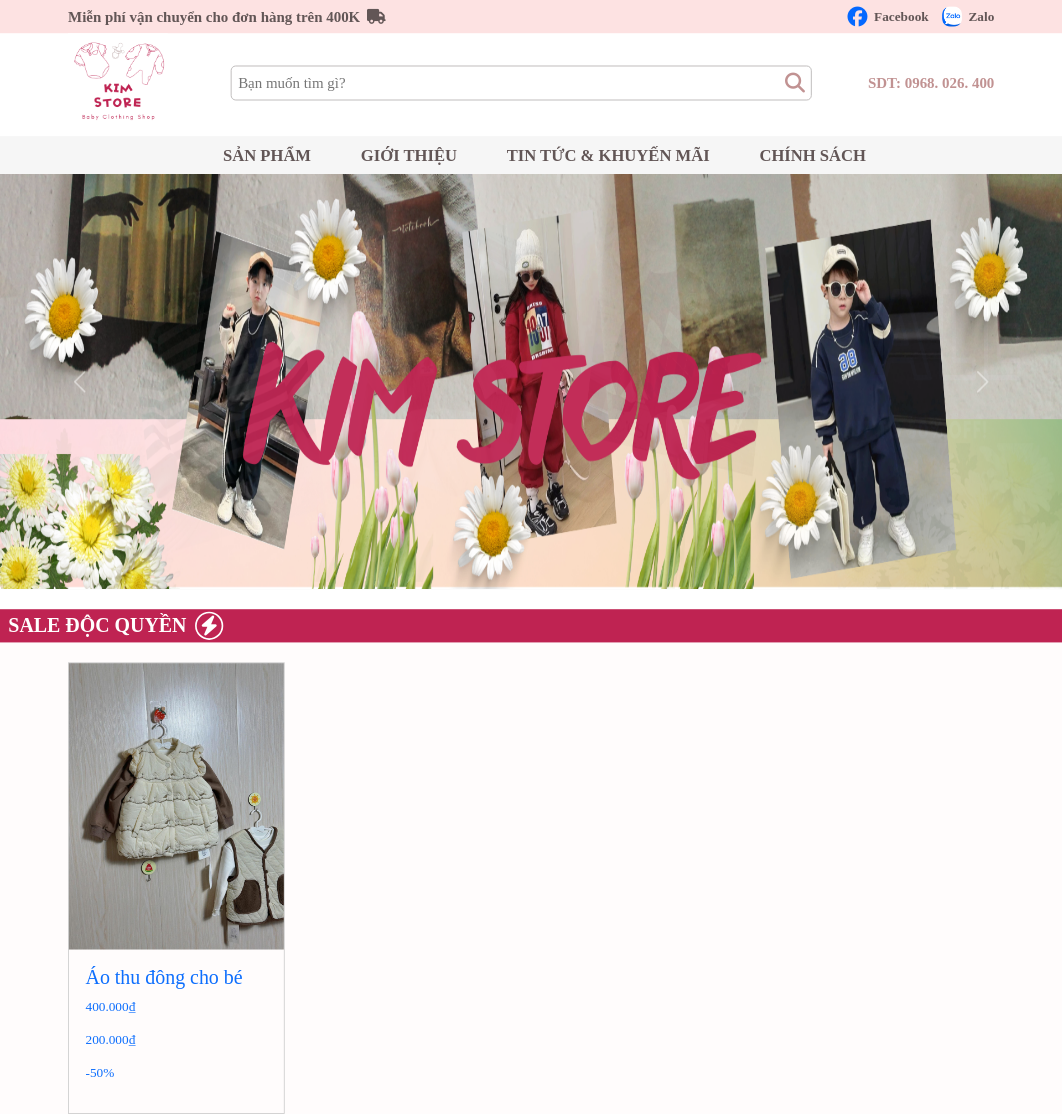
Repository: hoang28092000/kim-store
Page: index.html
These files come from the project's save history. The page is drawn as it stood at one moment and after a run of saves; the edit follows.
The browser window is 1280 px wide. The pictures show the whole page, at 83% of full size.
Some web libraries are served in a nearby version.

Above is the page before, as saved 2024-11-01 15:28:19.

### index.html
<!DOCTYPE html>
<html lang="en">
<head>
    <meta charset="UTF-8">
    <meta name="viewport" content="width=device-width, initial-scale=1.0">
    <link href="https://cdn.jsdelivr.net/npm/bootstrap@5.0.2/dist/css/bootstrap.min.css" rel="stylesheet" integrity="sha384-EVSTQN3/azprG1Anm3QDgpJLIm9Nao0Yz1ztcQTwFspd3yD65VohhpuuCOmLASjC" crossorigin="anonymous">
    <link rel="stylesheet" href="https://cdnjs.cloudflare.com/ajax/libs/font-awesome/6.6.0/css/all.min.css" integrity="sha512-Kc323vGBEqzTmouAECnVceyQqyqdsSiqLQISBL29aUW4U/M7pSPA/gEUZQqv1cwx4OnYxTxve5UMg5GT6L4JJg==" crossorigin="anonymous" referrerpolicy="no-referrer" />
    <link rel="stylesheet" href="asset/style.css">
    <title>KIM STORE</title>
</head>
<body>
    <div id="header">
        <div class="top_header ">
                <div class="container d-flex justify-content-between">
                    <div class="r-top_header d-flex align-items-center">
                        <p class="txt_bold mb-0 me-2">Miễn phí vận chuyển cho đơn hàng trên 400K</p>
                    <i class="fa-solid fa-truck icon-truck mb-0"></i>
                    </div>
                    <ul class="icons-header d-flex align-items-center mb-0">
                        <a href="" class="tag-a-top_header">
                            <li class="icon d-flex me-3">
                                <i class="fa-brands fa-facebook icon_fb me-2"></i>
                                <span class="txt-fb">Facebook</span>
                            </li>
                        </a>
                        <a href="" class="tag-a-top_header">
                            <li class="icon d-flex">
                                <img src="asset/image/icon_zalo.webp" alt="this is picture zalo" class="icon_zalo me-2">
                                <span class="txt-zalo">Zalo</span>
                             </li>
                        </a>
                    </ul>
                </div>
        </div>

        <div class="bottom_headder">
            <div class="container d-flex justify-content-between align-items-center">
                <a href="" class="">
                    <img src="asset/image/KIM-store.png" alt="this is logo" class="img_logo">
                </a>
                <div class="d-flex align-items-center">
                    <input type="text" class="search_header" placeholder="Bạn muốn tìm gì?">
                    <i class="fa-solid fa-magnifying-glass icon_search"></i>
                </div>
                <span class="sdt_header">SDT: 0968. 026. 400</span>
        </div>
    </div>


    <div id="navbar">
        <div class="container">
            <ul class="nav_links d-flex justify-content-center mb-0 py-2">
                <li class="item_link" ><a href="" class="nav_link">SẢN PHẨM</a></li>
                <li class="item_link" ><a href="" class="nav_link">GIỚI THIỆU</a></li>
                <li class="item_link" ><a href="" class="nav_link">TIN TỨC & KHUYẾN MÃI</a></li>
                <li class="item_link" ><a href="" class="nav_link">CHÍNH SÁCH</a></li>
            </ul>
        </div>
        <div class="banner">
            <div id="carouselExampleFade" class="carousel slide carousel-fade" data-bs-ride="carousel">
                <div class="carousel-inner">
                  <div class="carousel-item active">
                    <img src="asset/image/KIM_STORE.png" class="d-block w-100 banner" alt="this is banner">
                  </div>
                  <div class="carousel-item">
                    <img src="asset/image/banner2.png" class="d-block w-100 banner" alt="this is banner 2">
                  </div>
                  <div class="carousel-item">
                    <img src="asset/image/banner3.png" class="d-block w-100 banner" alt="this is banner 3">
                  </div>
                </div>
                <button class="carousel-control-prev" type="button" data-bs-target="#carouselExampleFade" data-bs-slide="prev">
                  <span class="carousel-control-prev-icon" aria-hidden="true"></span>
                  <span class="visually-hidden">Previous</span>
                </button>
                <button class="carousel-control-next" type="button" data-bs-target="#carouselExampleFade" data-bs-slide="next">
                  <span class="carousel-control-next-icon" aria-hidden="true"></span>
                  <span class="visually-hidden">Next</span>
                </button>
              </div>
        </div>
    </div>


    <div id="main" class="mt-4">
        <div class="title_txt d-flex align-items-center">
            <h3 class="txt_sale mb-0">SALE ĐỘC QUYỀN</h3>
            <i class="fa-solid fa-bolt icon_bold"></i>
        </div>
        <div class="container">
            <div class="row mt-4">
                <div class="col-lg-3">
                    <a href="" class="txt-decoration_none">
                        <div class="card_product">
                            <img src="asset/image/anh_1.jpg" class="img-card_product w-100" alt=" this is picture card">
                            <div class="info_card">
                                <h4 class="name_product">
                                    Áo thu đông cho bé
                                </h4>
                                <div class="price">
                                    <p class="price-no_sale">
                                        400.000₫
                                    </p>
                                    <p class="price_sale">
                                        200.000₫
                                    </p>
                                    <p class="percent">
                                        -50%
                                    </p>
                                </div>
                            </div>
                        </div>
                    </a>
                </div>
            </div>
        </div>
    </div>


    <div id="footer">

    </div>






    <script src="https://cdn.jsdelivr.net/npm/bootstrap@5.0.2/dist/js/bootstrap.bundle.min.js" integrity="sha384-MrcW6ZMFYlzcLA8Nl+NtUVF0sA7MsXsP1UyJoMp4YLEuNSfAP+JcXn/tWtIaxVXM" crossorigin="anonymous"></script>
</body>
</html>

### asset/style.css
*{
    margin: 0;
    padding: 0;
    box-sizing: border-box;
    font-family: Montserrat;
    list-style: none;
    text-decoration: none;
}
.txt-decoration_none{
    text-decoration: none;
}
.txt-16px{
    font-size: 16px;
    color: #625656;
}
.txt_bold{
    font-size: 18px;
    color: #625656;
    font-weight: 700;
}
#header{

}
#header .top_header{
    height: 40px;
    background-color: #FDE2E2;
}
.top_header .r-top_header{
    height: 40px;
}
.top_header .icon-truck{
    font-size: 18px;
    color: #625656;
}
.top_header .tag-a-top_header{
    text-decoration: none;
}
.top_header .icon_fb{
    font-size: 24px;
    color: #0468ff;
}
.top_header .icon_zalo{
    width: 24px;
    height: 24px;
}
.top_header .txt-fb , .top_header .txt-zalo{
    font-size: 16px;
    color: #625656;
    font-weight: 600;
}
.top_header .txt-fb:hover , .top_header .txt-zalo:hover{
    color: #fff;
}

#header .bottom_headder {
    height: 124px;
}
.bottom_headder .img_logo{
    width: 120px;
    height: 120px;
}
.bottom_headder .search_header {
    width: 700px;
    height: 42px;
    font-size: 18px;
    color: #625656;
    border-radius: 6px;
    border: 1px solid #b3b0b0;
    padding-left: 8px;
    outline: none;
}
.bottom_headder .icon_search{
    font-size: 24px;
    color: #c19292;
    margin-left: -32px;
}
.bottom_headder .icon_search:hover{
    opacity: 0.7;
    cursor: pointer;
}
.bottom_headder .sdt_header{
    font-size: 18px;
    font-weight: 600;
    color: #c19292;
}


/* navbar */
#navbar{
    background: #f6f6f6;
    height: auto;
}
#navbar .nav_links{
    list-style: none;
}

.nav_links .nav_link{
    font-size: 20px;
    color: #625656;
    text-decoration: none;
    padding: 11px 30px;
    font-weight: 600;
}
.nav_links .nav_link:hover{
    background-color: #c19292;
    color: #f6f6f6;
}

#navbar .banner{
    height: 500px;
}
#main{
    background-color: #fffcfc;
}
#main .title_txt{
    background-color: #bf2352;
    height: 40px;
}
#main .txt_sale{
    font-size: 24px;
    font-weight: 700;
    color: #fff;
    padding: 10px;
}
#main .icon_bold{
    font-size: 24px;
    border: #fff 2px solid;
    border-radius: 50px;
    padding: 3px 4px 3px 5px;
    color: #fff;
}
#main .card_product{
    border: 1px solid #ccc;

}
.card_product .info_card{
    padding: 20px;
}
.card_product .info_card .name_product{
    font
}

After the next 9 saves:
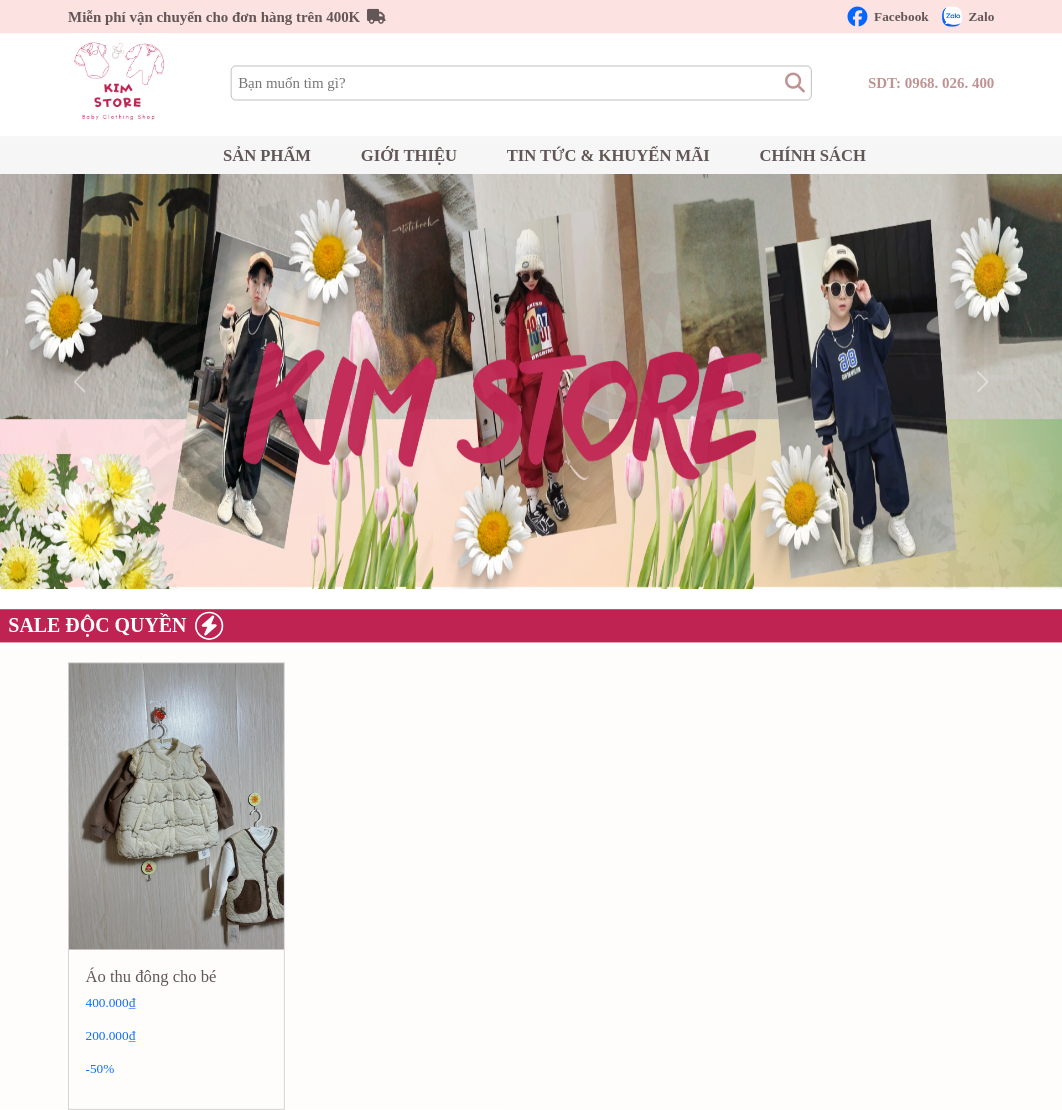
The 9 saves are shown as one change because they came seconds apart.
The last was saved 21 s later.
--- a/asset/style.css
+++ b/asset/style.css
@@ -137,5 +137,7 @@
     padding: 20px;
 }
 .card_product .info_card .name_product{
-    font
+    font-size: 20px;
+    color: #625656;
+    font-weight: 500;
 }
